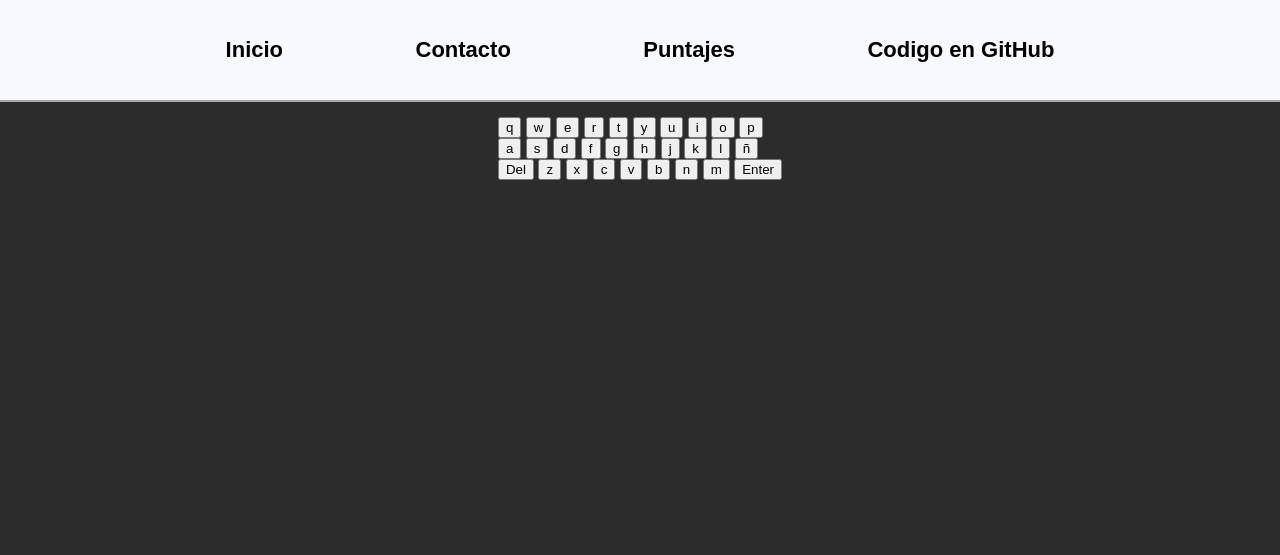
Repository: FacundoKinderknecht/FacundoKinderknecht_Wordle_Game_LPPA
Page: html/wordle.html
The author's editor kept a copy of each file at every save. The page is drawn from the files as they stood at one save, then again after the next save.
The browser window is 1280 px wide. The pictures show the whole page.

Above is the page before, as saved 2023-08-08 03:36:17.

### html/wordle.html
<!DOCTYPE html>
    <html lang="en">
    <head>
        <meta charset="UTF-8">
        <meta http-equiv="X-UA-Compatible" content="IE=edge">
        <meta name="viewport" content="width=device-width, initial-scale=1.0">

        <link rel="stylesheet" href="/css/reset.css">
        <link rel="stylesheet" href="/css/styles.css">
        <link rel="stylesheet" href="/css/wordle.css">

        <script type="module" src="/js/wordle.js"></script>
        <title>Wordle</title>
    </head>
    <body>
        <header>
            <nav class="navbar">
                <a href="/index.html">Inicio</a>
                <a href="">Contacto</a>
                <a href="">Puntajes</a>
                <a href="https://github.com/FacundoKinderknecht/FacundoKinderknecht_Wordle_Game_LPPA" target="_blank">Codigo en GitHub</a>
            </nav>
        </header>

        <main>
            <div class="alert-container" data-alert-container=""></div>

            <div class="timer-div">
                <p id="timer"></p>
            </div>

            <p id="data-timer"></p>
            <div id="game-board"></div>
            <div id="board">
                <div class="letter-row">
                    <div class="letter-box"></div>
                    <div class="letter-box"></div>
                    <div class="letter-box"></div>
                    <div class="letter-box"></div>
                    <div class="letter-box"></div>
                </div>
                <div class="letter-row">
                    <div class="letter-box"></div>
                    <div class="letter-box"></div>
                    <div class="letter-box"></div>
                    <div class="letter-box"></div>
                    <div class="letter-box"></div>
                </div>
                <div class="letter-row">
                    <div class="letter-box"></div>
                    <div class="letter-box"></div>
                    <div class="letter-box"></div>
                    <div class="letter-box"></div>
                    <div class="letter-box"></div>
                </div>
                <div class="letter-row">
                    <div class="letter-box"></div>
                    <div class="letter-box"></div>
                    <div class="letter-box"></div>
                    <div class="letter-box"></div>
                    <div class="letter-box"></div>
                </div>
                <div class="letter-row">
                    <div class="letter-box"></div>
                    <div class="letter-box"></div>
                    <div class="letter-box"></div>
                    <div class="letter-box"></div>
                    <div class="letter-box"></div>
                </div>
                <div class="letter-row">
                    <div class="letter-box"></div>
                    <div class="letter-box"></div>
                    <div class="letter-box"></div>
                    <div class="letter-box"></div>
                    <div class="letter-box"></div>
                </div>
            </div>

            <div id="keyboard-cont">
                <div class="first-row">
                    <button class="keyboard-button">q</button>
                    <button class="keyboard-button">w</button>
                    <button class="keyboard-button">e</button>
                    <button class="keyboard-button">r</button>
                    <button class="keyboard-button">t</button>
                    <button class="keyboard-button">y</button>
                    <button class="keyboard-button">u</button>
                    <button class="keyboard-button">i</button>
                    <button class="keyboard-button">o</button>
                    <button class="keyboard-button">p</button>
                </div>
                <div class="second-row">
                    <button class="keyboard-button">a</button>
                    <button class="keyboard-button">s</button>
                    <button class="keyboard-button">d</button>
                    <button class="keyboard-button">f</button>
                    <button class="keyboard-button">g</button>
                    <button class="keyboard-button">h</button>
                    <button class="keyboard-button">j</button>
                    <button class="keyboard-button">k</button>
                    <button class="keyboard-button">l</button>
                    <button class="keyboard-button">ñ</button>
                </div>
                <div class="third-row">
                    <button class="keyboard-button">Del</button>
                    <button class="keyboard-button">z</button>
                    <button class="keyboard-button">x</button>
                    <button class="keyboard-button">c</button>
                    <button class="keyboard-button">v</button>
                    <button class="keyboard-button">b</button>
                    <button class="keyboard-button">n</button>
                    <button class="keyboard-button">m</button>
                    <button class="keyboard-button">Enter</button>
                </div>
            </div>
        </main>
    </body>
</html>

### css/reset.css
/* http://meyerweb.com/eric/tools/css/reset/
   v2.0 | 20110126
   License: none (public domain)
*/

html, body, div, span, applet, object, iframe,
h1, h2, h3, h4, h5, h6, p, blockquote, pre,
a, abbr, acronym, address, big, cite, code,
del, dfn, em, img, ins, kbd, q, s, samp,
small, strike, strong, sub, sup, tt, var,
b, u, i, center,
dl, dt, dd, ol, ul, li,
fieldset, form, label, legend,
table, caption, tbody, tfoot, thead, tr, th, td,
article, aside, canvas, details, embed,
figure, figcaption, footer, header, hgroup,
menu, nav, output, ruby, section, summary,
time, mark, audio, video {
	margin: 0;
	padding: 0;
	border: 0;
	font-size: 100%;
	font: inherit;
	vertical-align: baseline;
}

### css/styles.css
body{
    font-family: Arial, Helvetica, sans-serif;
    background-color: rgba(0, 0, 0, 0.827);
    display:flex;
    align-items: center;
    flex-direction: column;
}

header{
    width: 100%;
    height: 100px;
    margin-bottom: 15px;
    display: flex;
    justify-content: justify-content;
    align-items: center;
    background-color: ghostwhite;
    border-bottom: 2px solid rgb(87, 87, 87, 0.49);
}

header nav{
    display:flexbox;
    justify-content: justify-content;
    align-items:center;
    text-align: center;
    width: 100%;
}

header nav a{
    text-decoration: none;
    align-items:center;
    font-weight: bold;
    font-size: 22px;
    color: black;
    margin: 5%;
}

.hidden {
    display:none;
}

### css/wordle.css
#board{
    display: flex;
    align-items: center;
    flex-direction: column;
}

Loaded but not shown: js/wordle.js (no stored copy; drawn as an empty file)

After the next save:
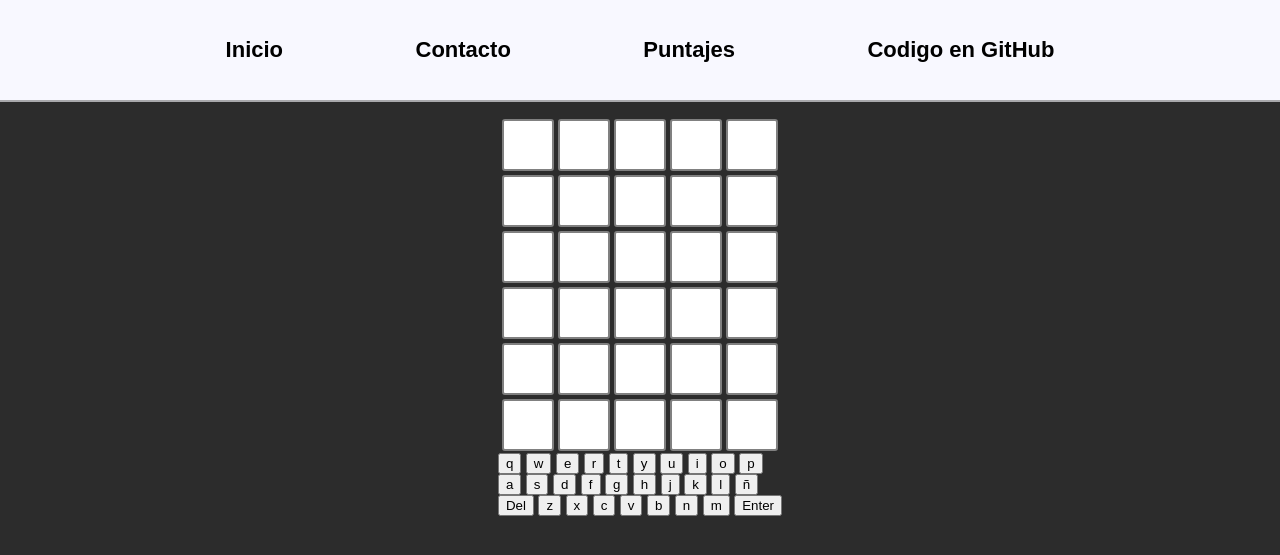
Saved 22 s later.
--- a/css/wordle.css
+++ b/css/wordle.css
@@ -3,3 +3,30 @@
     align-items: center;
     flex-direction: column;
 }
+
+.letter-box {
+    background-color: white;
+    border: 2px solid gray;
+    border-radius: 3px;
+    margin: 2px;
+    font-size: 2.5rem;
+    font-weight: 700;
+    height: 3rem;
+    width: 3rem;
+    display: flex;
+    justify-content: center;
+    align-items: center;
+    text-transform: uppercase;
+  }
+
+  .filled-box {
+    border: 2px solid black;
+  }
+
+  .letter-row {
+    display: flex;
+  }
+
+  .timer-div {
+    text-align: center;
+  }
